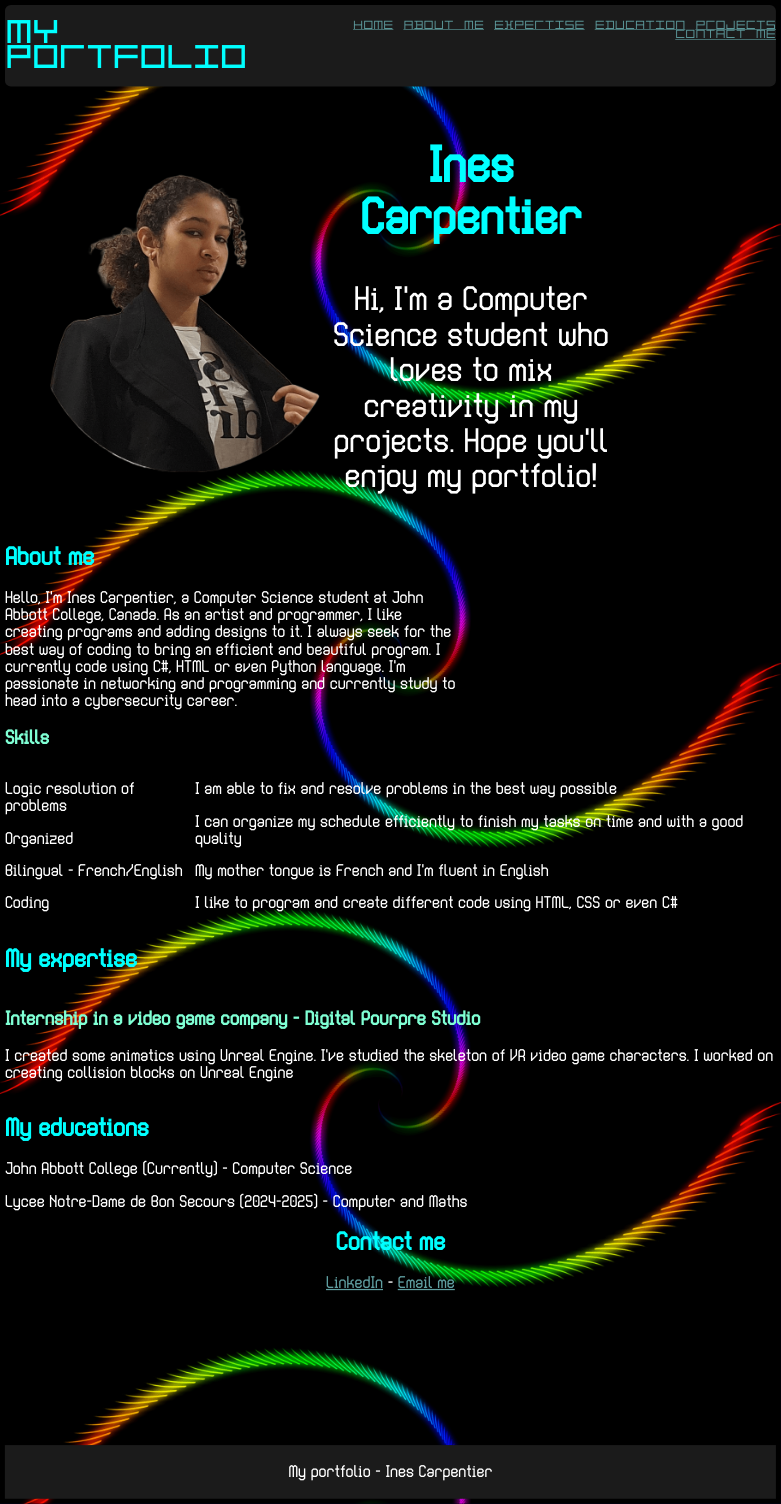
Repository: InsCarp/InsCarp
Page: index.html
An editor plug-in stored every save of this project. The page is shown before and after the next save, followed by the edit.
The browser window is 1280 px wide. The pictures show the whole page, at 61% of full size.
Backgrounds fixed to the window are drawn as part of the page.

Above is the page before, as saved 2026-05-12 09:49:21.

### index.html
<!DOCTYPE html>
<html lang="en">
<head>
    <meta charset="UTF-8">
    <meta name="viewport" content="width=device-width, initial-scale=1.0">
    <link rel="icon" href="/assets/images/Logo.svg" type="image/svg" />
    <link rel="stylesheet" href="/styles/globals.css" type="text/css"/>
    <link rel="stylesheet" href="/styles/index.css" type="text/css"/>

    <title>Portfolio - Ines Carpentier</title>
</head>
<header>

     <h1 id="Title">My portfolio</h1>

        <nav>
        <a href="index.html">Home</a>
        <a href="#About">About me</a>
        <a href="#Expertise">Expertise</a>
        <a href="#Education">Education</a>
        <a href="project.html">Projects</a> <!--Put my project page here-->
        <a href="#Contact">Contact me</a>
        </nav>


</header>
<body>
    <div class="Intro">
        <article>
            <img
               src="/assets/images/me.png" id="Me" alt="My image"/>
        </article>
        <article id="intro">
            <h2>Ines Carpentier</h2>
            <p>Hi, I'm a Computer Science student who loves to mix creativity in my projects.
                Hope you'll enjoy my portfolio!</p>
        </article>
    </div>

        <h2 id="About">About me</h2>
        <div class="about">
            <p>Hello, I'm Ines Carpentier, a Computer Science student at John Abbott College, Canada. As an artist and programmer, I like creating programs and adding designs to it. I always seek for the
             best way of coding to bring an efficient and beautiful program. I currently code using C#, HTML or even Python language. I'm passionate in networking and programming and currently study to head into a cybersecurity career.
            </p>
        </div>
        <h3>Skills</h3>
        <section class="Skills">
            <article>
            <p>Logic resolution of problems</p>
            <p>Organized</p>
            <p>Bilingual - French/English</p>
            <p>Coding</p>
        </article>
        <article>
            <p>I am able to fix and resolve problems in the best way possible</p>
            <p>I can organize my schedule efficiently to finish my tasks on time and with a good quality</p>
            <p>My mother tongue is French and I'm fluent in English</p>
            <P>I like to program and create different code using HTML, CSS or even C#</P>
        </article>
        </section>


        <h2 id="Expertise">My expertise</h2>
        <section>
            <article>
            <h3>Internship in a video game company - Digital Pourpre Studio</h3>
            <p>I created some animatics using Unreal Engine. I've studied the skeleton of VR video game characters. I worked on creating collision blocks on Unreal Engine</p>
        </article>
        </section>


        <h2 id="Education">My educations</h2>
        <p>John Abbott College (Currently) - Computer Science
        </p>
        <p>Lycee Notre-Dame de Bon Secours (2024-2025) - Computer and Maths</p>

        <div class="Contact">
         <h2 id="Contact">Contact me</h2>
         <p><a href="https://www.linkedin.com/in/ines-carpentier-690b8b387/" target="blank">LinkedIn</a> - <a href="mailto:carpentierines4@gmail.com">Email me</a></p>
        </div>
</body>
<footer>
    <p>My portfolio - Ines Carpentier</p>
</footer>
</html>

### styles/globals.css
@font-face {
    font-family: Title;
    src: url(/assets/fonts/Y224-2vdae.ttf);
}
@font-face {
    font-family: Portfolio;
    src: url(/assets/fonts/Eightgon-OGn6p.ttf);
}

html{
    font-size:25px;
}

a {
    color:cadetblue;
}

a:visited{
    color:aquamarine;
}
a:hover{
    color:greenyellow;
}
a:active{
    color:yellow;
}

body{
    background-color:rgb(0, 2, 36);
    color:rgb(255, 255, 255);
    background-image: url(../assets/images/back.gif);
    background-size: cover;
    background-repeat: no-repeat;
    background-attachment: fixed;
    font-family: Portfolio;
}




h1, h2{
    color:aqua;

}

h3{
    color:aquamarine;
}


header {
    position:sticky;
    top:0;
    display: flex;
    flex-direction: row;
    font-family: Title;
    background-color:rgb(27, 27, 27);
    font-size:0.5rem;


}
nav{
    display:none;
}

footer{

    text-align: center;
    background-color:rgb(27, 27, 27);
    padding:0.2rem;
    margin-top: 20%;

}

@media only screen and (min-width: 800px){
    header {
    justify-content: space-between;
    border-radius: 10px;
    font-size:0.8rem;

}
nav{
    text-align:right;
    display:initial;
    font-size:0.4rem;
    margin-top:10px;


}
}

@media only screen and (min-width: 1200px){
    header {
    display: flex;
    flex-direction: row;
    font-family: Title;
    justify-content: space-between;



}
nav{
    text-align:right;
    display:initial;
    font-size:0.6rem;
    margin-top:2%;



}
}

### styles/index.css
.Intro{
    margin-top: 1rem;
    display:flex;
    flex-direction: column;
    align-items: center;
}

#intro{

    text-align: center;
    font-size:2rem;

}

#Me{
    margin-top: 1rem;
    width:15rem;
}


section{
    display: flex;
    flex-direction:row;
    justify-content: space-between;
}

.Contact{
    text-align: center;
}

@media only screen and (min-width: 800px){
    .Intro{
    margin-top: 1rem;
    display:flex;
    flex-direction: row;
    justify-content: space-between;
}

#intro{

    text-align: center;
    font-size:2rem;
    width: 20rem;
    margin-right: 10rem;
}

#Me{
    margin-left:10%;
    width:20rem;
}

.about{
    width:30rem;
}
}

After the next save:
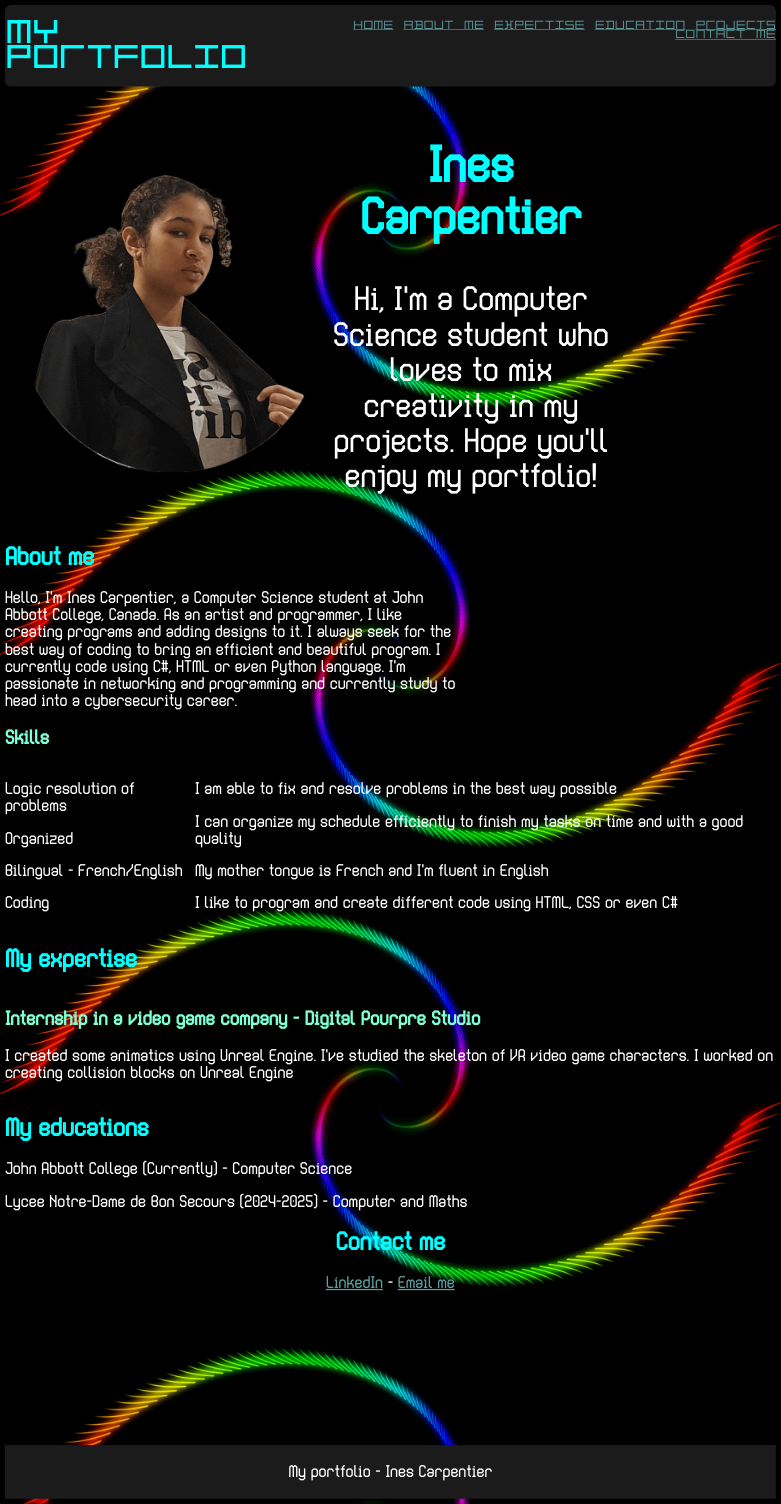
Saved 11 s later.
--- a/styles/index.css
+++ b/styles/index.css
@@ -45,7 +45,7 @@ section{
 }
 
 #Me{
-    margin-left:10%;
+    margin-left:5%;
     width:20rem;
 }
 
